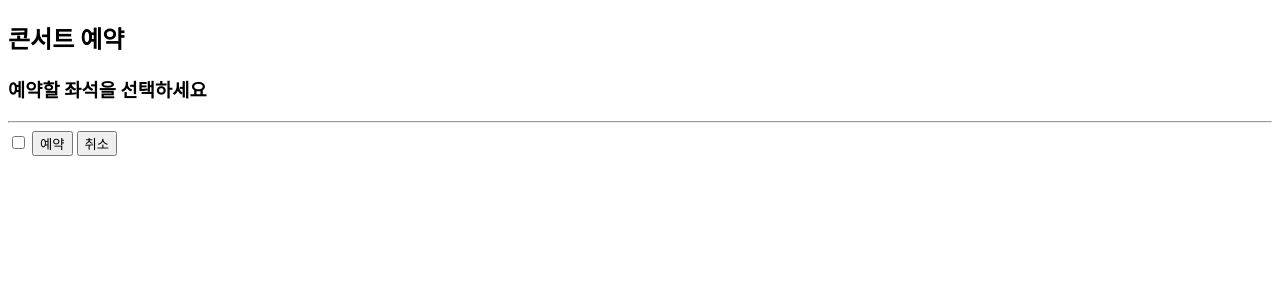
Repository: bbseok97/HTML
Page: http://localhost/jspbasic/application/reserve.jsp
The author's editor kept a copy of each file at every save. The page is drawn from the files as they stood at one save, then again after the next save.
The browser window is 1280 px wide. The pictures show the whole page.
The page is served by Tomcat 9.

Above is the page before, as saved 2024-04-09 02:16:36.

After the next save:
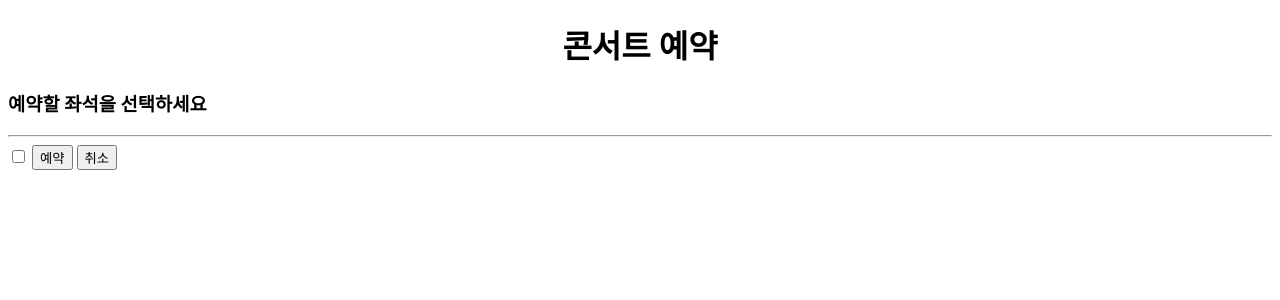
Saved 3 min 21 s later.
--- a/jspbasic/src/main/webapp/application/reserve.jsp
+++ b/jspbasic/src/main/webapp/application/reserve.jsp
@@ -12,7 +12,7 @@
 	</head>
 	<body>
 		<form>
-		<h2>콘서트 예약</h2>
+		<h1 style="text-align:center">콘서트 예약</h1>
 		<h3>예약할 좌석을 선택하세요</h3>
 		<hr>
 		<input type="checkbox" name="intro">
